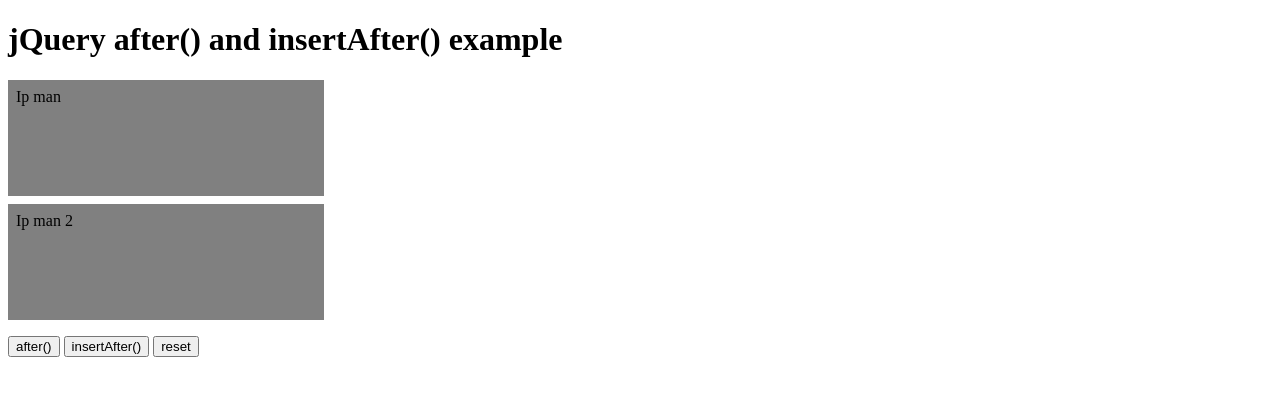
Repository: sudheerj/jQuery
Page: jQueryExamples/chapter06/DisableButton.html
An editor plug-in stored every save of this project. The page is shown before and after a run of saves, followed by the edit.
The browser window is 1280 px wide. The pictures show the whole page.

Above is the page before, as saved 2016-10-21 17:53:50.

### jQueryExamples/chapter06/DisableButton.html
<!DOCTYPE html>
<html>
	<head>
		<title>jQuery Animate</title>
		<script type="text/javascript" src="..\jquery\jquery-3.1.1.min.js"></script>
		<style type="text/css">
			.greyBox {
				padding: 8px;
				background: grey;
				margin-bottom: 8px;
				width: 300px;
				height: 100px;
			}
			.redBox {
				padding: 8px;
				background: red;
				margin-bottom: 8px;
				width: 200px;
				height: 50px;
			}
		</style>

	</head>
	<body>
		<h1>jQuery after() and insertAfter() example</h1>

		<div class="greyBox">
			Ip man
		</div>

		<div class="greyBox">
			Ip man 2
		</div>

		<p>
			<button id="after">
				after()
			</button>
			<button id="insertAfter">
				insertAfter()
			</button>
			<button id="reset">
				reset
			</button>
		</p>

		<script type="text/javascript">
			$("#after").click(function() {

				$('.greyBox').after("<div class='redBox'>Iron man</div>");

			});

			$("#insertAfter").click(function() {

				$("<div class='redBox'>Iron man</div>").insertAfter('.greyBox');

			});

			$("#reset").click(function() {
				location.reload();
			});

		</script>
	</body>
</html>

Loaded but not shown: jQueryExamples/jquery/jquery-3.1.1.min.js (library)

After the next 2 saves:
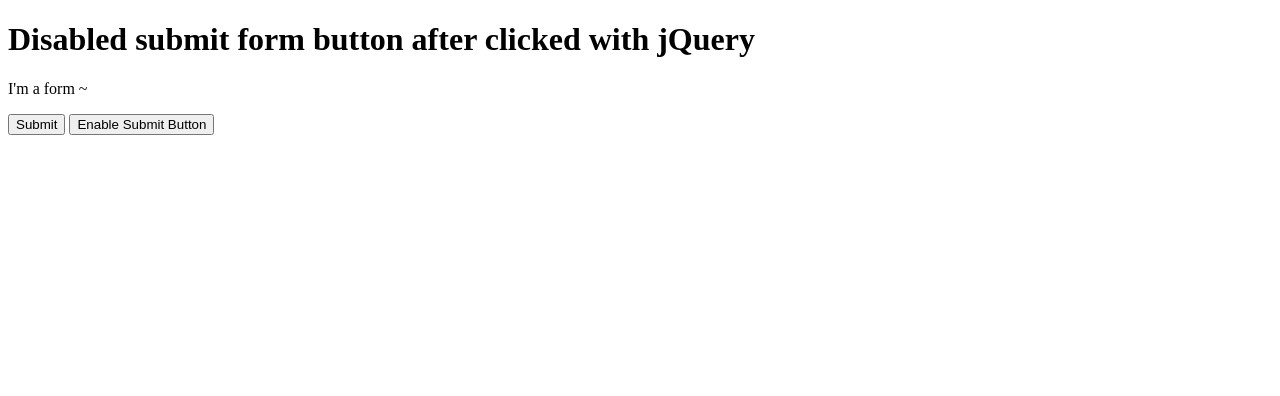
The 2 saves are shown as one change because they came seconds apart.
The last was saved 65 s later.
--- a/jQueryExamples/chapter06/DisableButton.html
+++ b/jQueryExamples/chapter06/DisableButton.html
@@ -4,63 +4,41 @@
 		<title>jQuery Animate</title>
 		<script type="text/javascript" src="..\jquery\jquery-3.1.1.min.js"></script>
 		<style type="text/css">
-			.greyBox {
+			.submit {
 				padding: 8px;
-				background: grey;
-				margin-bottom: 8px;
-				width: 300px;
-				height: 100px;
-			}
-			.redBox {
-				padding: 8px;
-				background: red;
-				margin-bottom: 8px;
-				width: 200px;
-				height: 50px;
+				border: 1px solid blue;
 			}
 		</style>
 
 	</head>
+
 	<body>
-		<h1>jQuery after() and insertAfter() example</h1>
 
-		<div class="greyBox">
-			Ip man
-		</div>
+		<h1>Disabled submit form button after clicked with jQuery</h1>
 
-		<div class="greyBox">
-			Ip man 2
-		</div>
-
-		<p>
-			<button id="after">
-				after()
+		<form action="#">
+			<p>
+				I'm a form ~
+			</p>
+			<input type="submit" value="Submit">
+			</input>
+			<button>
+				Enable Submit Button
 			</button>
-			<button id="insertAfter">
-				insertAfter()
-			</button>
-			<button id="reset">
-				reset
-			</button>
-		</p>
+		</form>
 
 		<script type="text/javascript">
-			$("#after").click(function() {
-
-				$('.greyBox').after("<div class='redBox'>Iron man</div>");
-
+			$('input:submit').click(function() {
+				$('p').text("Form submiting.....").addClass('submit');
+				$('input:submit').attr("disabled", true);
 			});
 
-			$("#insertAfter").click(function() {
-
-				$("<div class='redBox'>Iron man</div>").insertAfter('.greyBox');
-
-			});
-
-			$("#reset").click(function() {
-				location.reload();
+			$('button').click(function() {
+				$('p').text("I'm a form ~").removeClass('submit');
+				$('input:submit').attr("disabled", false);
 			});
 
 		</script>
+
 	</body>
 </html>
